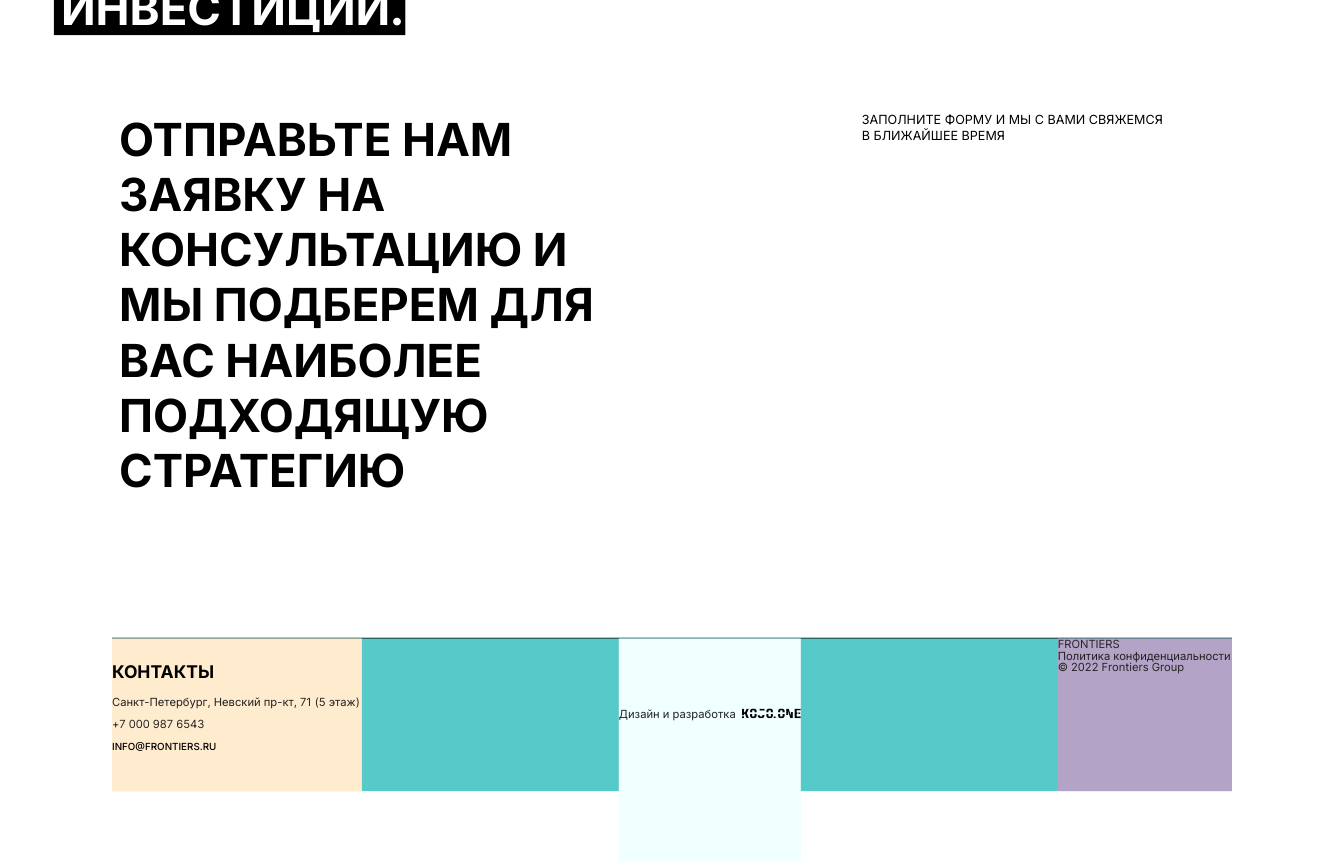
Repository: NadyaKorvin/frontiers
Page: /
An editor plug-in stored every save of this project. The page is shown before and after the next save, followed by the edit.
The browser window is 1280 px wide. The page is 1920 px wide, so the pictures cover 1920 px, including what lies to the right of the window. The pictures show the part of the page from y = 1503 to 2783 px (the page is 2733 px tall before and 2783 px after), at 70% of full size.
The project was rebuilt for these pictures with package versions that can differ from the ones it lists, and the page was loaded fresh each time.

Above is the page before, as saved 2022-05-23 15:09:56.

After the next save:
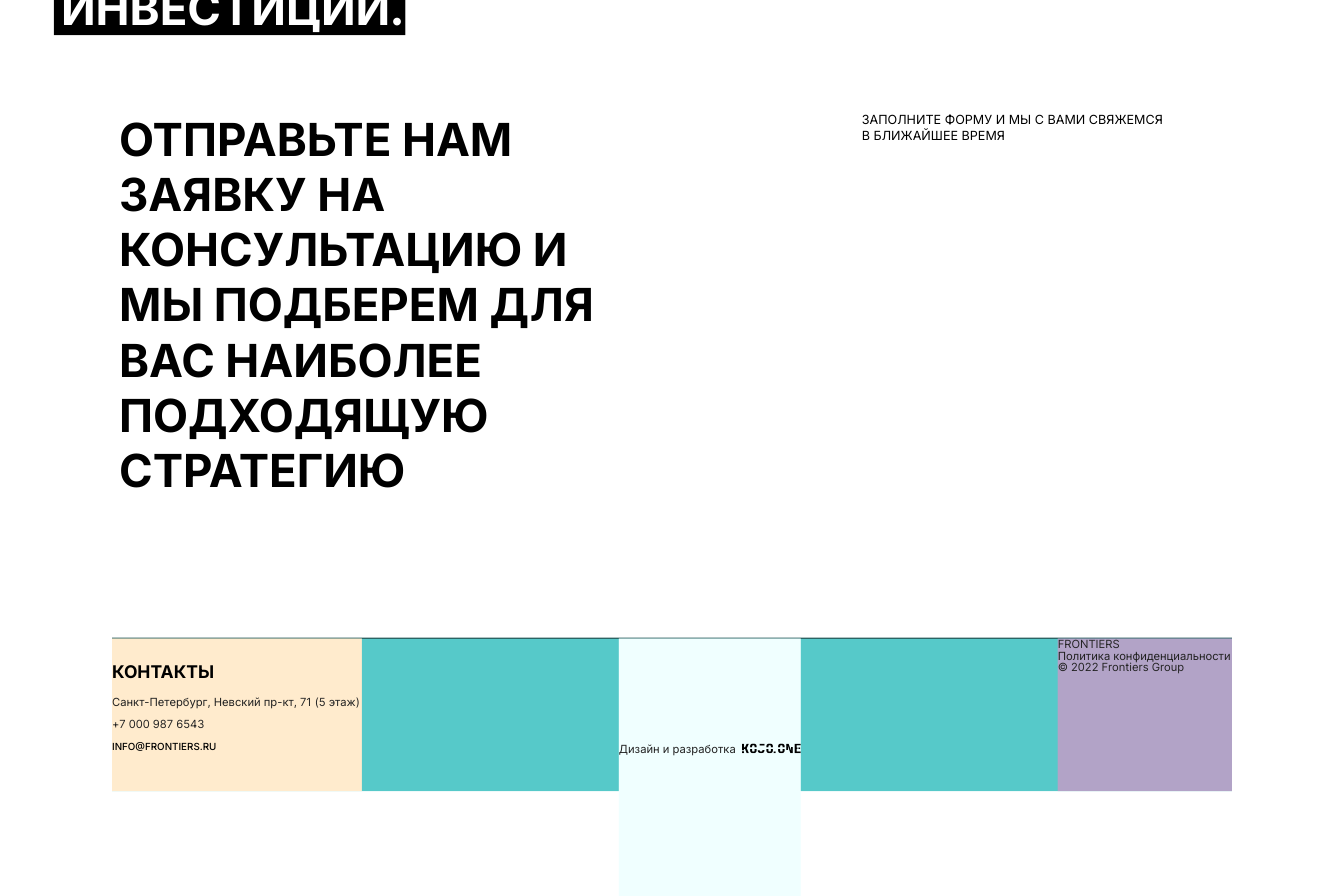
Saved 11 s later.
--- a/src/components/lastScreen/LastScreen.module.css
+++ b/src/components/lastScreen/LastScreen.module.css
@@ -66,7 +66,7 @@
 }
 
 .contact > p:nth-child(1) {
-    padding: 33px 0 20px;
+  padding: 33px 0 20px;
   font-family: "Inter";
   font-style: normal;
   font-weight: 700;
@@ -78,11 +78,11 @@
 .contact > p:nth-child(2),
 .contact > p:nth-child(3),
 .contact > p:nth-child(4) {
-    padding-bottom: 15px;
+  padding-bottom: 15px;
 }
 
 .design {
-    padding-top: 100px;
+  padding-top: 150px;
   width: 260px;
   height: 218px;
   display: flex;
